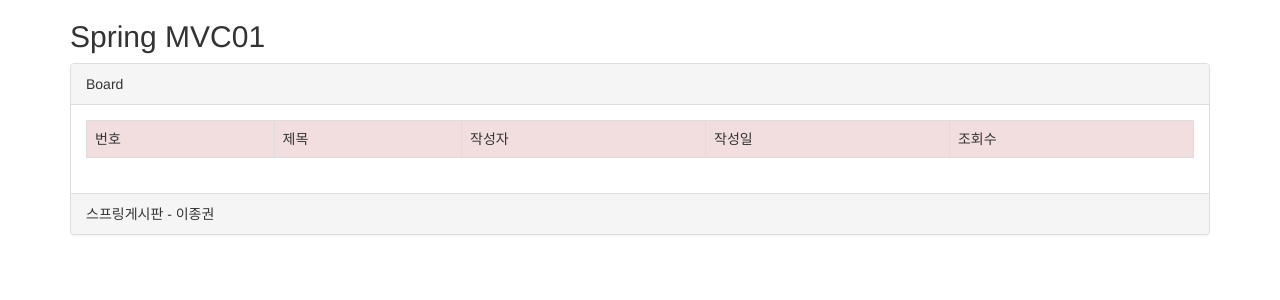
Repository: leejonggwon/PBG_SpringProject
Page: http://localhost/SpringMVC01/boardList.do
An editor plug-in stored every save of this project. The page is shown before and after the next save, followed by the edit.
The browser window is 1280 px wide. The pictures show the whole page.
The page is served by Tomcat 9. Other server files are loaded and not shown.

Above is the page before, as saved 2025-08-01 03:58:36.

### SpringMVC01/src/main/webapp/WEB-INF/views/boardList.jsp
<%@ page language="java" contentType="text/html; charset=UTF-8"
    pageEncoding="UTF-8"%>
<%@ taglib prefix="c" uri="http://java.sun.com/jsp/jstl/core"%>
<!DOCTYPE html>
<html>
<head>
<meta charset="UTF-8">
<title>Insert title here</title>
<link rel="stylesheet" href="https://maxcdn.bootstrapcdn.com/bootstrap/3.4.1/css/bootstrap.min.css">
<script src="https://ajax.googleapis.com/ajax/libs/jquery/3.7.1/jquery.min.js"></script>
<script src="https://maxcdn.bootstrapcdn.com/bootstrap/3.4.1/js/bootstrap.min.js"></script>
</head>
<body>
	<div class="container">
		<h2>Spring MVC01</h2>
		<div class="panel panel-default">
			<div class="panel-heading">Board</div>
			<div class="panel-body">
				<table class= "table table-bordered table-hover">
					<tr class="danger">
						<td>번호</td>
						<td>제목</td>
						<td>작성자</td>
						<td>작성일</td>
						<td>조회수</td>
					</tr>


				</table>
			</div>
			<div class="panel-footer">스프링게시판 - 이종권</div>
		</div>
	</div>
</body>
</html>

### SpringMVC01/src/main/java/kr/spring/entity/Board.java
package kr.sping.entity;

import lombok.AllArgsConstructor;
import lombok.Data;
import lombok.NoArgsConstructor;
import lombok.ToString;

//DTO를 하나의 객체라고 해서 영어로 entity라고 한다
//entity 패키지를 따로 만든다, entity에 Board DTO를 넣는다, 실제에서는 Board라고 쓴다

//어노테이션으로 필요한거 추가하면 된다
@Data               //lombok으로 Getter/Setter 자동으로 만들어줬음
@AllArgsConstructor //전체생성자
@NoArgsConstructor  //기본생성자
@ToString           //ToString
public class Board {

	private int idx; //번호
	private String title; //제목
	private String content; //내용
	private String writer; //작성자
	private String indate; //작성일
	private int count; //조회수

	//**요즘에는 Getter/Setter/생성자를 안쓴다 → 롬복API로 사용한다(알아서 만들어준다)

}

After the next save:
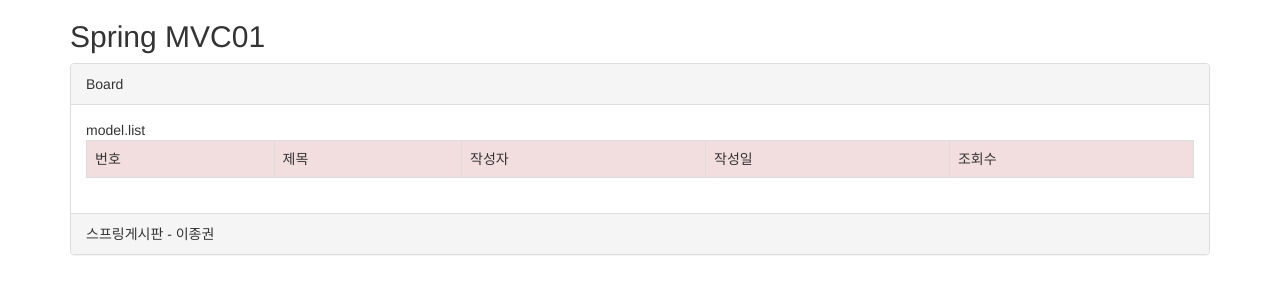
Saved 97 s later.
--- a/SpringMVC01/src/main/webapp/WEB-INF/views/boardList.jsp
+++ b/SpringMVC01/src/main/webapp/WEB-INF/views/boardList.jsp
@@ -24,6 +24,7 @@
 						<td>작성일</td>
 						<td>조회수</td>
 					</tr>
+					model.list
 
 
 				</table>
